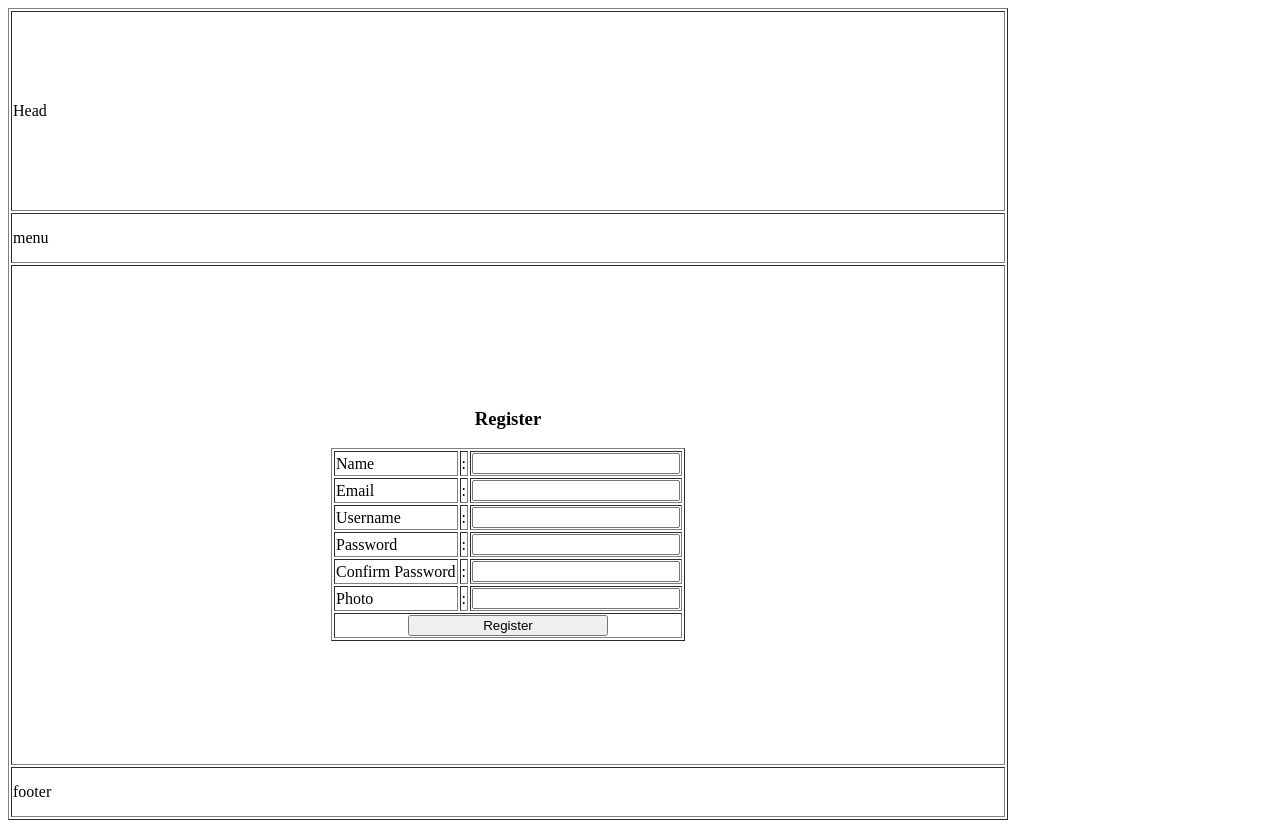
Repository: PraveenRavipati/MyWork
Page: Java/workspaces/office Java WorkScapces/training/javatraining2014/WebContent/Register.html
The author's editor kept a copy of each file at every save. The page is drawn from the files as they stood at one save, then again after the next save.
The browser window is 1280 px wide. The pictures show the whole page.

Above is the page before, as saved 2014-05-30 09:31:02.

### Java/workspaces/office Java WorkScapces/training/javatraining2014/WebContent/Register.html
<!DOCTYPE html PUBLIC "-//W3C//DTD HTML 4.01 Transitional//EN" "http://www.w3.org/TR/html4/loose.dtd">
<html>
<head>
<meta http-equiv="Content-Type" content="text/html; charset=UTF-8">
<title>Insert title here</title>
<link href="style.css" rel="stylesheet" type="text/css">
</head>
<body>
	<table border="1" width="1000">
		<tr height="200">
			<td>Head</td>
		</tr>
		<tr height="50">
			<td>menu</td>
		</tr>
		<tr height="500">
			<td>
			<form action="./Register" method="post">
				<table align="center" border="1">
				<caption><h3>Register</h3></caption>
				<tr>
					<td>Name</td>
					<td>:</td>
					<td><input type="text" name="name"></td>
				</tr>
				<tr>
					<td>Email</td>
					<td>:</td>
					<td><input type="text" name="email"></td>
				</tr>
				<tr>
					<td>Username</td>
					<td>:</td>
					<td><input type="text" name="uname"></td>
				</tr>
				<tr>
					<td>Password</td>
					<td>:</td>
					<td><input type="password" name="pwd"></td>
				</tr>
				<tr>
					<td>Confirm Password</td>
					<td>:</td>
					<td><input type="password" name="confipwd"></td>
				</tr>
				<tr>
					<td>Photo</td>
					<td>:</td>
					<td><input type="text" name="photo"></td>
				</tr>
				<tr>
					<td colspan="3" align="center"><input class="submit" type="submit" value="Register"></td>
				</tr>
				</table>
				</form>
			</td>
		</tr>
		<tr height="50">
			<td>footer</td>
		</tr>
	</table>
</body>
</html>

### Java/workspaces/office Java WorkScapces/training/javatraining2014/WebContent/style.css
input {
	width: 200px;
	height: 20
}

After the next save:
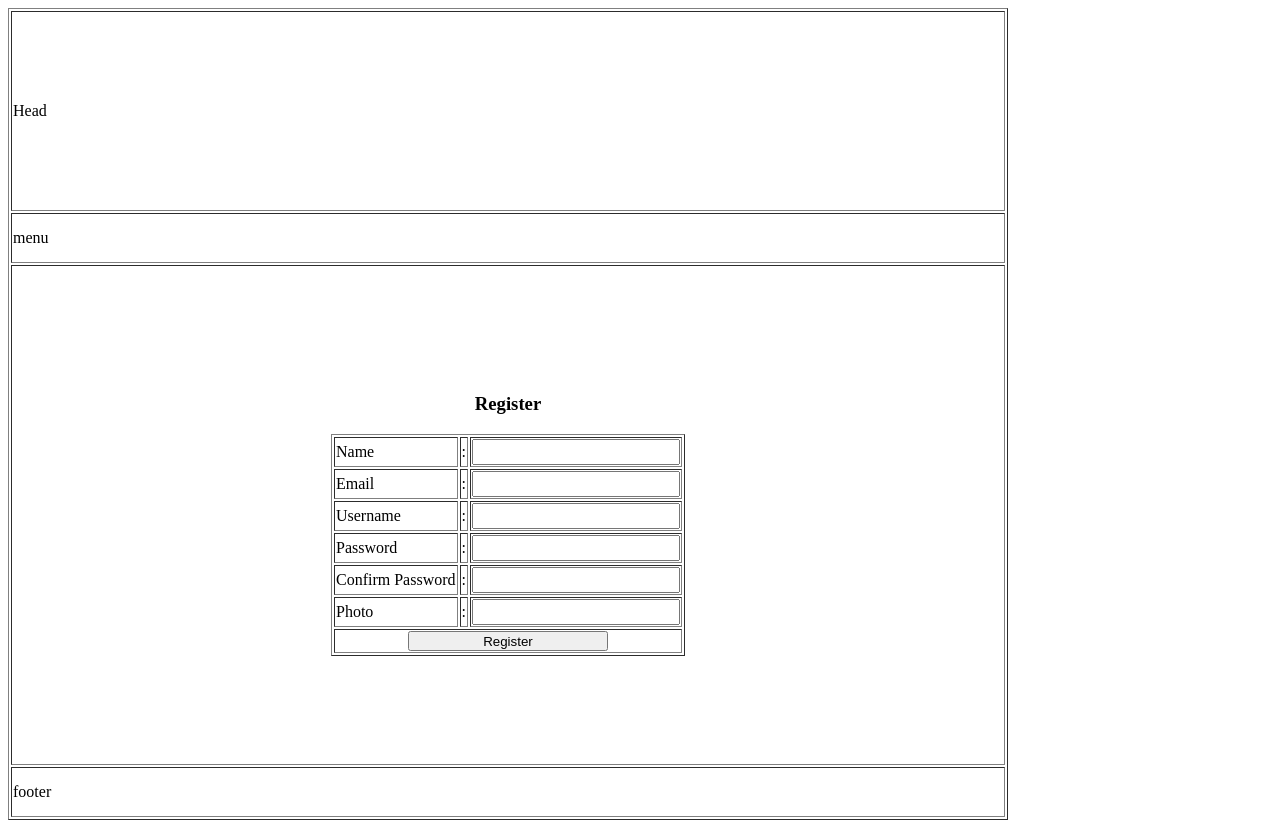
Saved 2 s later.
--- a/Java/workspaces/office Java WorkScapces/training/javatraining2014/WebContent/style.css
+++ b/Java/workspaces/office Java WorkScapces/training/javatraining2014/WebContent/style.css
@@ -1,4 +1,4 @@
 input {
 	width: 200px;
-	height: 20
+	height: 20px;
 }
